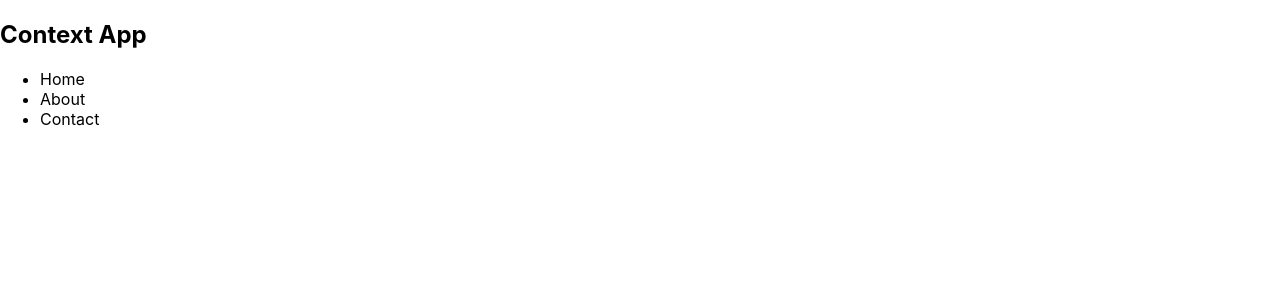
Repository: gboyega/Hook-Context-tut
Page: /
These files come from the project's save history. The page is drawn as it stood at one moment and after a run of saves; the edit follows.
The browser window is 1280 px wide. The pictures show the whole page.
The project was rebuilt for these pictures with package versions that can differ from the ones it lists, and the page was loaded fresh each time.

Above is the page before, as saved 2020-01-18 14:38:43.

### src/App.js
import React from 'react';
import Navbar from './components/Navbar';

function App() {
  return (
    <div className="App">
    <Navbar />

    </div>
  );
}

export default App;

### src/components/Navbar.js
import React, { Component } from 'react';

class Navbar extends Component {
    render() {
        return (
          <nav>
            <h1>Context App</h1>
            <ul>
              <li>Home</li>
              <li>About</li>
              <li>Contact</li>
            </ul>
          </nav>
        );
    }
}

export default Navbar ;

### src/components/BookList.js
import React, { Component } from 'react'

class BookList extends Component {

    render() {
        return (
          <div className="book-list">
            <ul>
              <li>The Sorcerers Stone</li>
              <li>The Chamber of Secrets </li>
              <li>The Prisoner of Azkaban</li>
            </ul>
          </div>
        );
    }
}

export default BookList;

Loaded but not shown: public/index.html (common file); src/index.js (common file); src/index.css (common file); src/serviceWorker.js (common file)

After the next 14 saves:
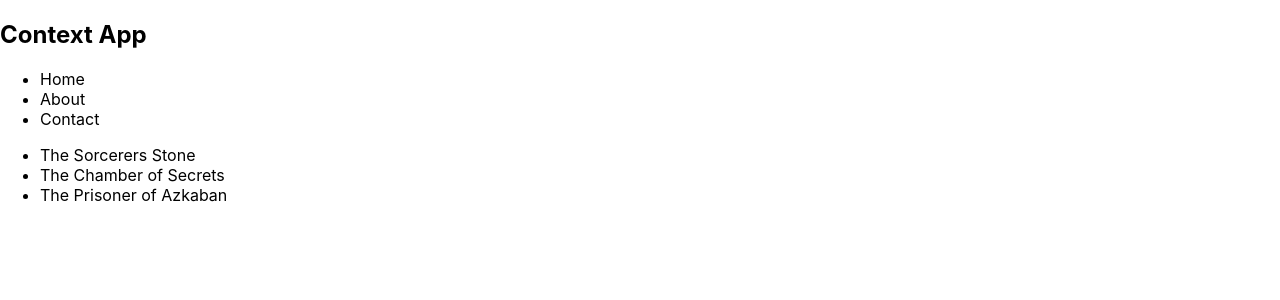
The 14 saves are shown as one change because they came seconds apart.
The last was saved 47 s later.
--- a/src/App.js
+++ b/src/App.js
@@ -1,10 +1,12 @@
 import React from 'react';
 import Navbar from './components/Navbar';
+import BookList from './components/BookList';
 
 function App() {
   return (
     <div className="App">
     <Navbar />
+    <BookList />
 
     </div>
   );
